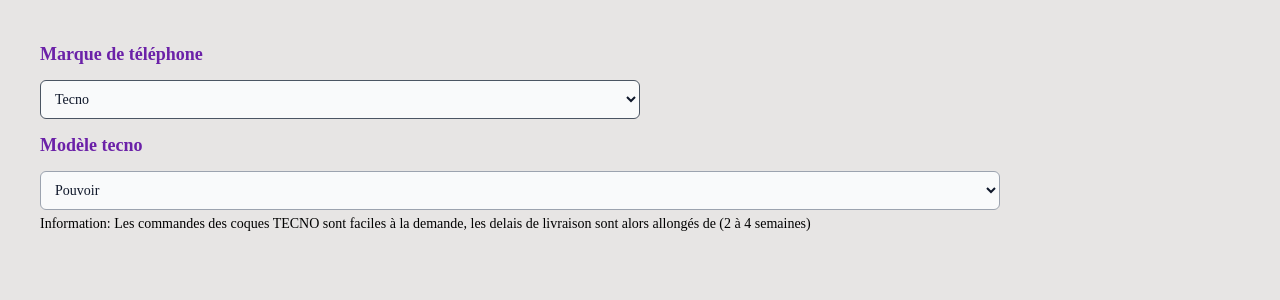
Repository: darlino/gotyu_shopify_section
Page: product_select220223/index.html
These files come from the project's save history. The page is drawn as it stood at one moment and after the next save; the edit follows.
The browser window is 1280 px wide. The pictures show the whole page.
Some web fonts or font styles are not loaded; a fallback is used. Some web libraries are served in a nearby version.

Above is the page before, as saved 2023-02-22 21:32:48.

After the next save:
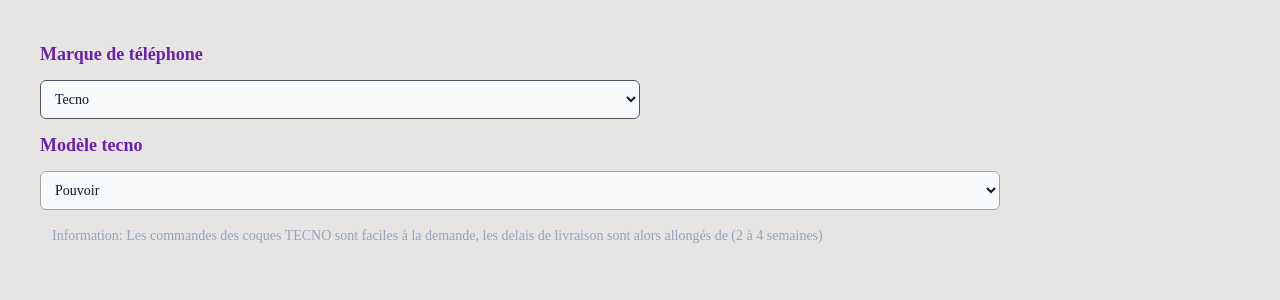
Saved 24 s later.
--- a/product_select220223/index.html
+++ b/product_select220223/index.html
@@ -44,7 +44,7 @@
                 id="select_model"
                 class="bg-gray-50 w-4/5 border focus:border-2 border-gray-400 text-gray-900 text-sm rounded-md focus:ring-blue-500 focus:border-blue-800 block p-2.5 placeholder-gray-900 text-slate-900 focus:ring-blue-700 focus:border-blue-700 outline-none"
               ></select>
-              <p class="text-sm">
+              <p class="text-sm p-3 text-slate-400">
                 Information: <span id="information_text"></span>
               </p>
             </div>
